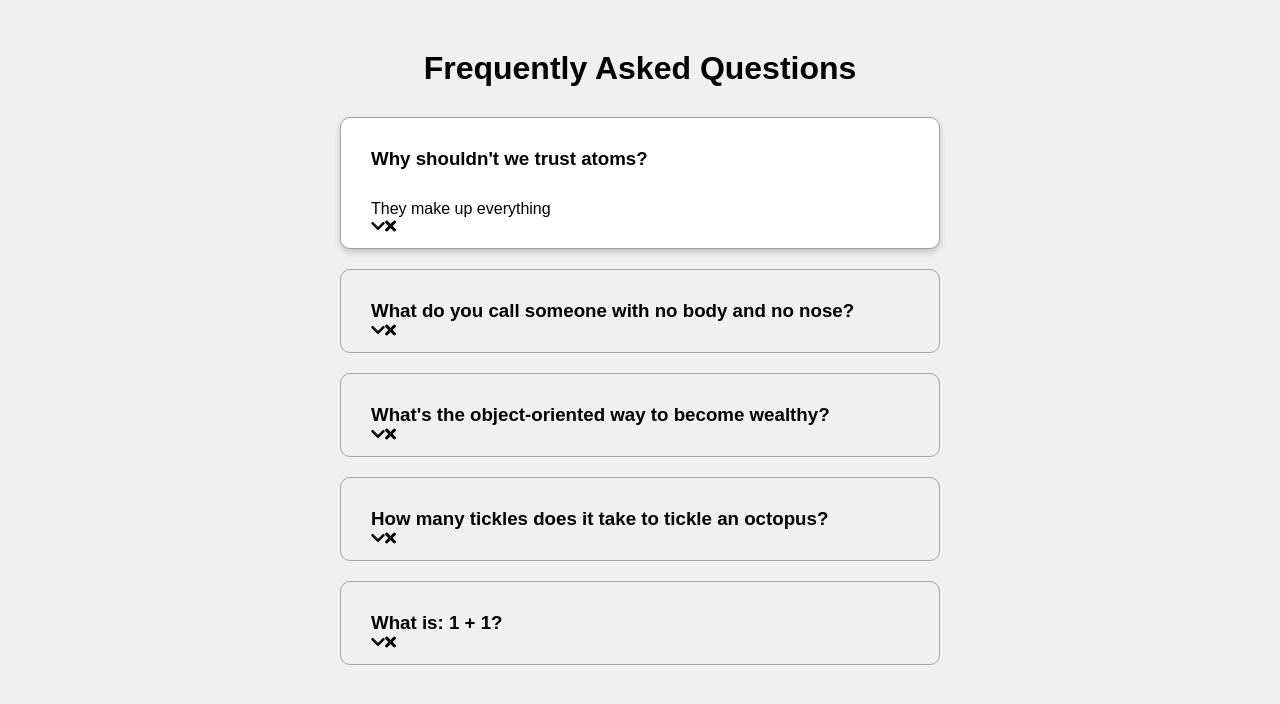
Repository: Williamlmachado/F.A.Q
Page: index.html
These files come from the project's save history. The page is drawn as it stood at one moment and after the next save; the edit follows.
The browser window is 1280 px wide. The pictures show the whole page.
Some web fonts or font styles are not loaded; a fallback is used. Some web libraries are served in a nearby version.

Above is the page before, as saved 2021-08-23 09:42:20.

After the next save:
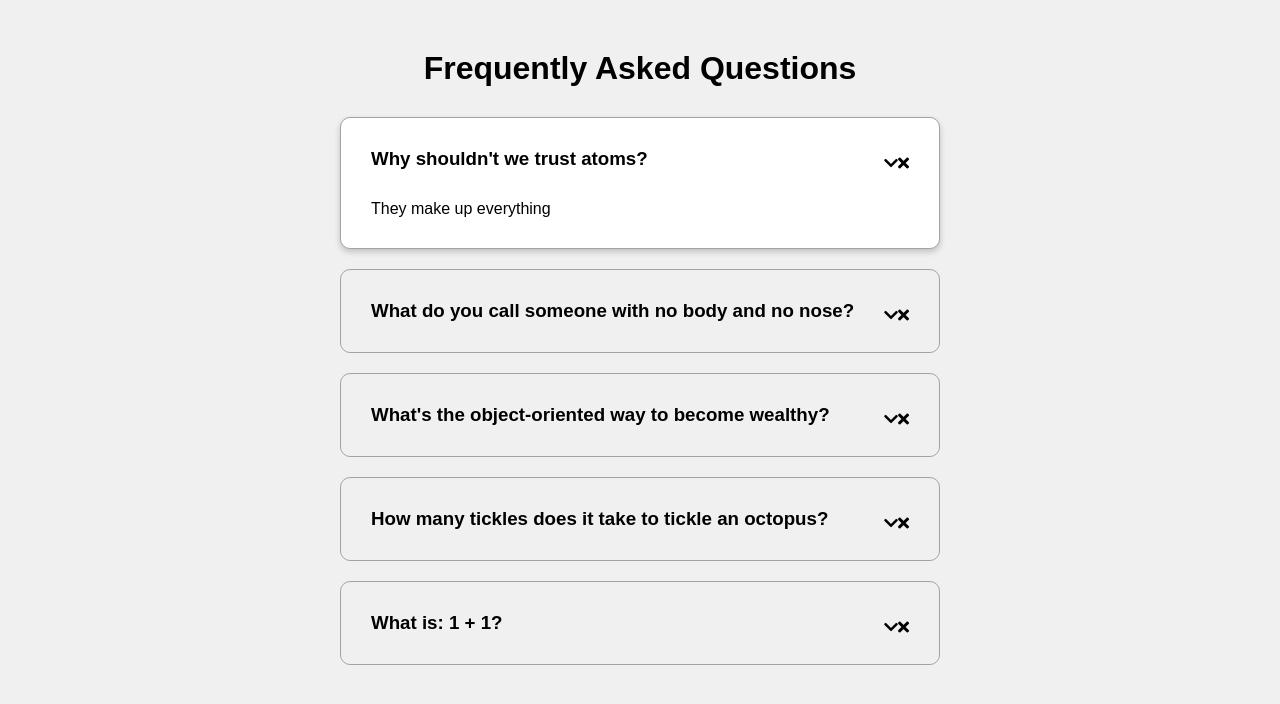
Saved 32 s later.
--- a/style.css
+++ b/style.css
@@ -71,5 +71,7 @@ h1 {
     font-size: 16px;
     padding: 0;
     position: absolute;
-    top: ;
+    top: 30px;
+    right: 30px;
+    height: 30px;
 }
